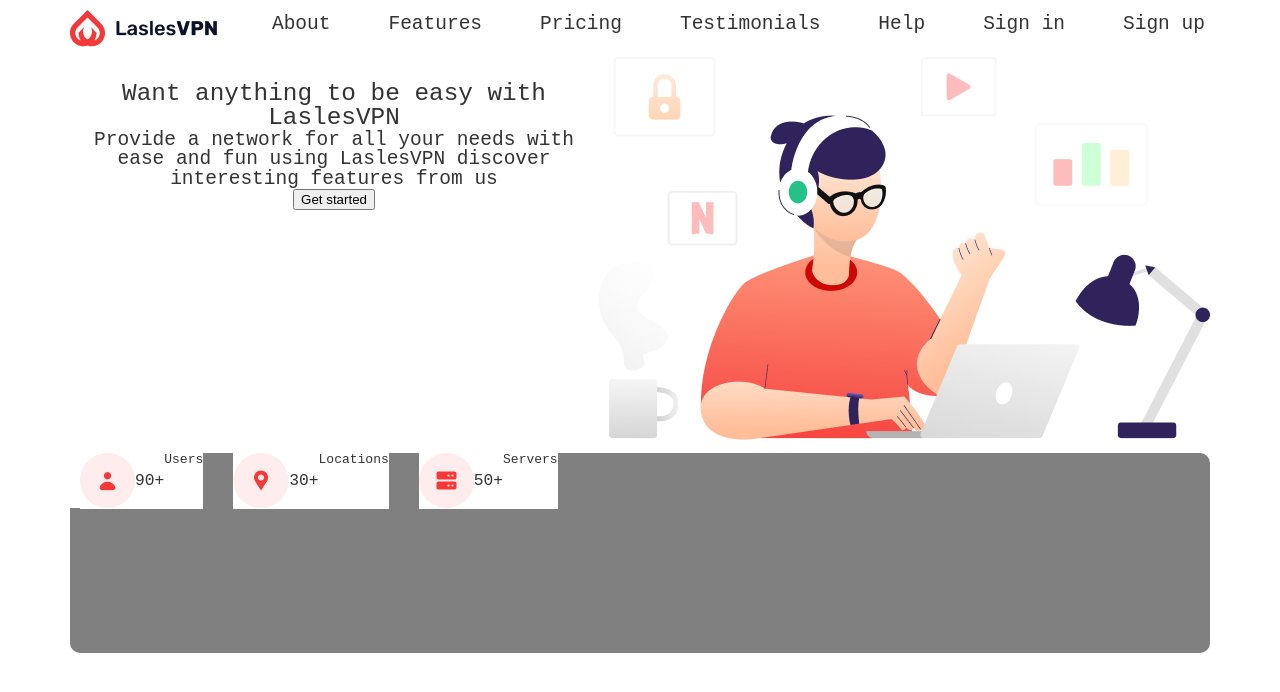
Repository: RaphaelMatheus-br/LP-251123
Page: index.html
An editor plug-in stored every save of this project. The page is shown before and after the next save, followed by the edit.
The browser window is 1280 px wide. The pictures show the whole page.

Above is the page before, as saved 2023-11-25 13:10:35.

### index.html
<!DOCTYPE html>
<html lang="en">

<head>
    <meta charset="UTF-8">
    <meta name="viewport" content="width=device-width, initial-scale=1.0">
    <title>Document</title>
    <link rel="stylesheet" href="style.css">
</head>

<body>

<section class="container flex">
    <img src="./imagens/Logo.png" alt="logo">
	<div class="item">About</div>
	<div class="item">Features</div>
	<div class="item">Pricing</div>
	<div class="item">Testimonials</div>
	<div class="item">Help</div>
	<div class="item">Sign in</div>
    <div class="item">Sign up</div>
</section>

<section class="container flex">
    <div class="item">
        <h1 class="sobre__titulo">Want anything to be easy with LaslesVPN</h1>
        <p class="sobre__descricao">Provide a network for all your needs with ease and fun using LaslesVPN discover interesting features from us</p>
        <button class="sobre__botao">Get started</button>
    </div>
    <div class="img">
        <img src="./imagens/Illustration 1.png" alt="ilutracao__1">
    </div>
</section>

<section class="container">
    <div class="rectangle">
        <div class="icons">
            <div class="user">
                <img src="./imagens/user.png" alt="user__img">
                <h1 class="sobre__user">90+</h1>
                <p class="p__user">Users</p>
            </div>
            <div class="location">
                <img src="./imagens/location.png" alt="location">
                <h1 class="sobre__location">30+</h1>
                <p class="p__location">Locations</p>
            </div>
            <div class="server">
                <img src="./imagens/Server.png" alt="server">
                <h1 class="sobre__server">50+</h1>
                <p class="p__server">Servers</p>
            </div>
        </div>
    </div>
</section>

<section class="container flex">

</section>

</body>
</html>

### style.css
html, body, div, span, applet, object, iframe,
h1, h2, h3, h4, h5, h6, p, blockquote, pre,
a, abbr, acronym, address, big, cite, code,
del, dfn, em, img, ins, kbd, q, s, samp,
small, strike, strong, sub, sup, tt, var,
b, u, i, center,
dl, dt, dd, ol, ul, li,
fieldset, form, label, legend,
table, caption, tbody, tfoot, thead, tr, th, td,
article, aside, canvas, details, embed,
figure, figcaption, footer, header, hgroup,
menu, nav, output, ruby, section, summary,
time, mark, audio, video {
	margin: 0;
	padding: 0;
	border: 0;
	font-size: 100%;
	font: inherit;
	vertical-align: baseline;
    background: white;
}
/* HTML5 display-role reset for older browsers */
article, aside, details, figcaption, figure,
footer, header, hgroup, menu, nav, section {
	display: block;
}
body {
	line-height: 1;
}

ol, ul {
	list-style: none;
}
blockquote, q {
	quotes: none;
}
blockquote:before, blockquote:after,
q:before, q:after {
	content: '';
	content: none;
}
table {
	border-collapse: collapse;
	border-spacing: 0;
}

.container {
    max-width: 1140px;
    margin: 0 auto;
    position: relative;
    padding-top: 10px;
}

/* Flex */
.flex {
	display: flex;
    justify-content: space-between;
    flex: 1;
}

/* Flex Item */
.item {
	margin: 5px;
	text-align: center;
	font-size: 1.5em;
}

h1 {
	text-align: center;
	margin: 20px 0 0 0;
	font-size: 1.25em;
	font-weight: normal;
}

body {
	font-family: monospace;
	color: #333;
}

.row {
	display: flex;
}

.rectangle {
display: flex;
width: 1140px;
height: 200px;
flex-shrink: 0;
border-radius: 10px;
background: gray;
border-color: white;
justify-content: space-between;
}

.icons {
width: 55px;
height: 55px;
flex-shrink: 0;
display: flex;
align-items: center;
position: absolute;
max-width: 100%;
}

.user {
display: flex;;
margin-right: 20px;
margin-left: 10px;
}

.location {
display: flex;;
margin-right: 20px;
margin-left: 10px;
}

.server {
display: flex;;
margin-right: 20px;
margin-left: 10px;
}

After the next save:
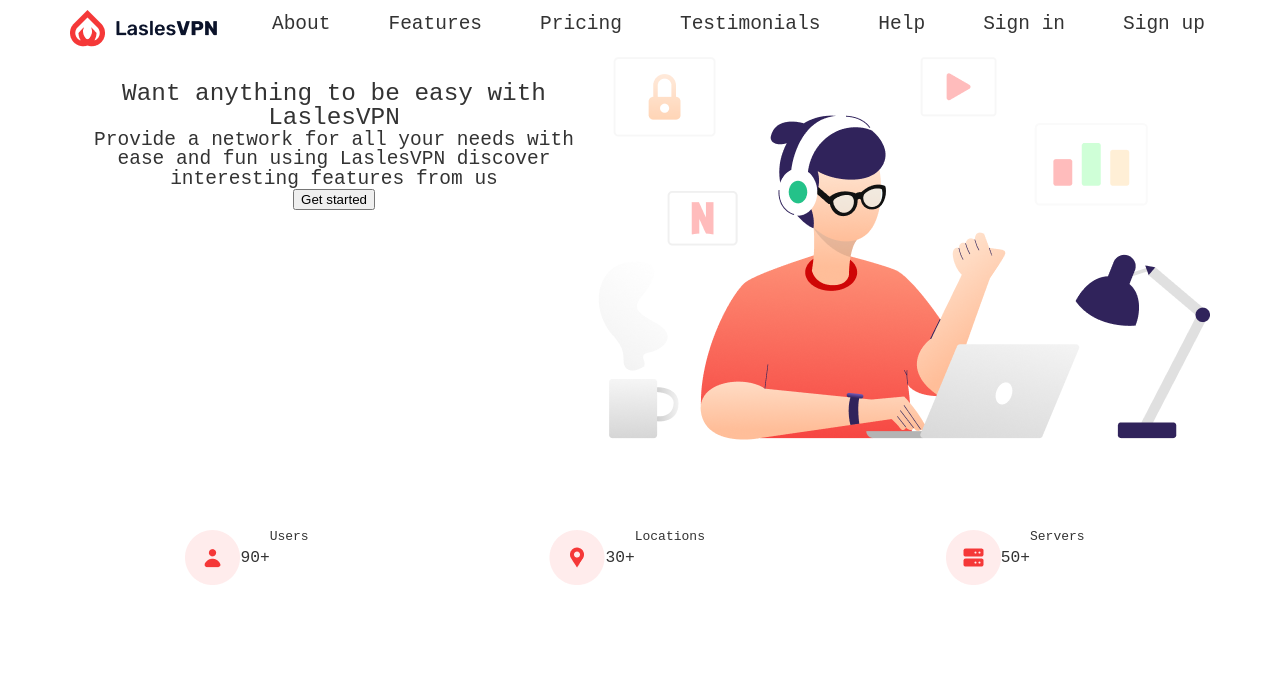
Saved 5 min 18 s later.
--- a/style.css
+++ b/style.css
@@ -93,13 +93,14 @@
 }
 
 .icons {
-width: 55px;
-height: 55px;
+width: 100%;
+height: 100%;
 flex-shrink: 0;
 display: flex;
 align-items: center;
 position: absolute;
 max-width: 100%;
+justify-content: space-around;
 }
 
 .user {
